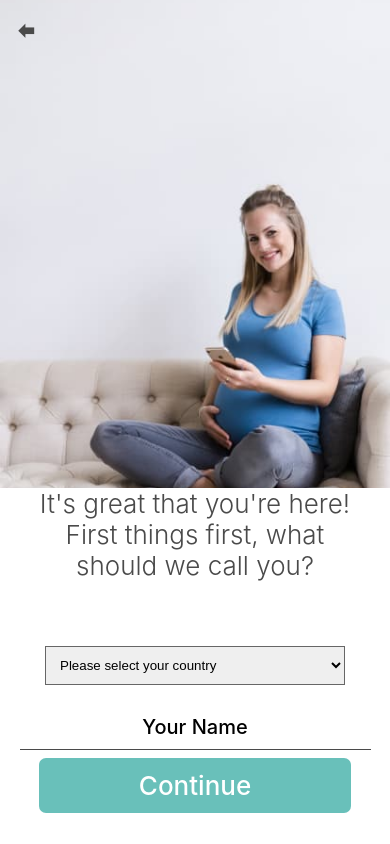
Repository: pheonixlegend/keleya
Screen: /Name
These files come from the project's save history. The screen is drawn as it stood at one moment and after the next save; the edit follows.
The app was drawn by React Native's web renderer in a window 390 px wide. The project was rebuilt for these pictures with package versions that can differ from the ones it lists, and the page was loaded fresh each time. Also part of the build but not shown: components/ImageHeader.tsx, components/LoginSignupDetails.tsx, screens/SignUp.tsx, screens/SignIn.tsx, screens/Date.tsx, screens/Workout.tsx, screens/Success.tsx.

Above is the screen before, as saved 2021-10-10 14:22:16.

After the next save:
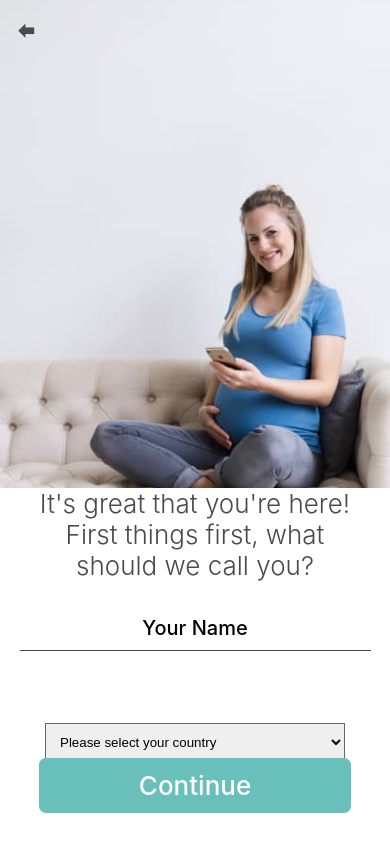
Saved 119 s later.
--- a/components/NameTimeDetails.tsx
+++ b/components/NameTimeDetails.tsx
@@ -24,28 +24,28 @@ const NameTimeDetails: FC<Props> = ({ screenType }) => {
             : { display: 'flex' }]}>
           {screenType == "nameScreen" ?
             'It\'s great that you\'re here! First things first, what should we call you?'
-           : 'When is your baby due, Sam?'}</Text>
-
-        <Picker
-        selectedValue={country}
-        onValueChange={(value, index) => setCountry(value)}
-        mode="dropdown" // Android only
-        style={styles.picker}
-      >
-        <Picker.Item label="Please select your country" value="Unknown" />
-        <Picker.Item label="Australia" value="Australia" />
-        <Picker.Item label="Belgium" value="Belgium" />
-        <Picker.Item label="Canada" value="Canada" />
-        <Picker.Item label="India" value="India" />
-        <Picker.Item label="Japan" value="Japan" />
-      </Picker>
+           : 'When is your baby due, Sam?'}
+        </Text>
 
         <TextInput
           placeholder="Your Name"
           style={styles.input}
         />
 
+        <Picker
+          selectedValue={country}
+          onValueChange={(value, index) => setCountry(value)}
+          mode="dropdown" // Android only
+          style={styles.picker}
+        >
+          <Picker.Item label="Please select your country" value="Unknown" />
+          <Picker.Item label="Australia" value="Australia" />
+          <Picker.Item label="Belgium" value="Belgium" />
+          <Picker.Item label="Canada" value="Canada" />
+          <Picker.Item label="India" value="India" />
+          <Picker.Item label="Japan" value="Japan" />
 
+        </Picker>
       </View>
     </View>
   )
